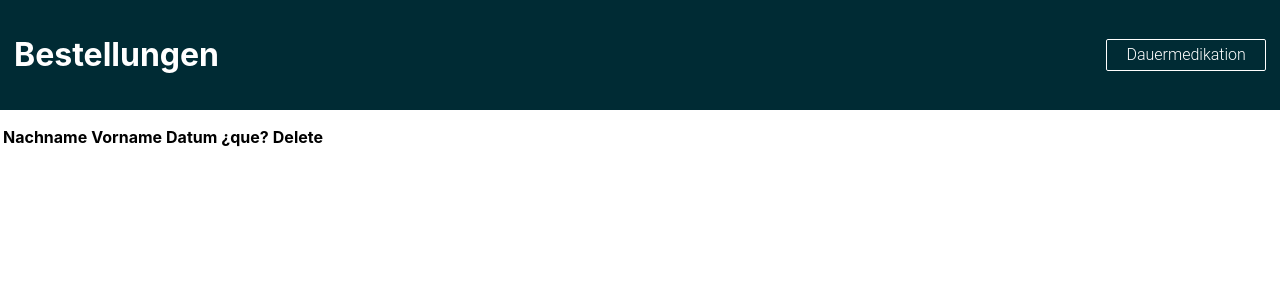
Repository: Esatollah/MedDemo
Page: /bestellungen (app in client/)
An editor plug-in stored every save of this project. The page is shown before and after the next save, followed by the edit.
The browser window is 1280 px wide. The pictures show the whole page.
The page's requests for data from a server got no answer. The project was rebuilt for these pictures with package versions that can differ from the ones it lists, and the page was loaded fresh each time. No one was signed in, and anything a server would have sent is missing. Also part of the build but not shown: client/src/Styles/FormStyles.js, client/src/components/Form.jsx, client/src/Styles/SearchStyles.js, client/src/Routes/Search.jsx.

Above is the page before, as saved 2022-06-11 00:20:09.

After the next save:
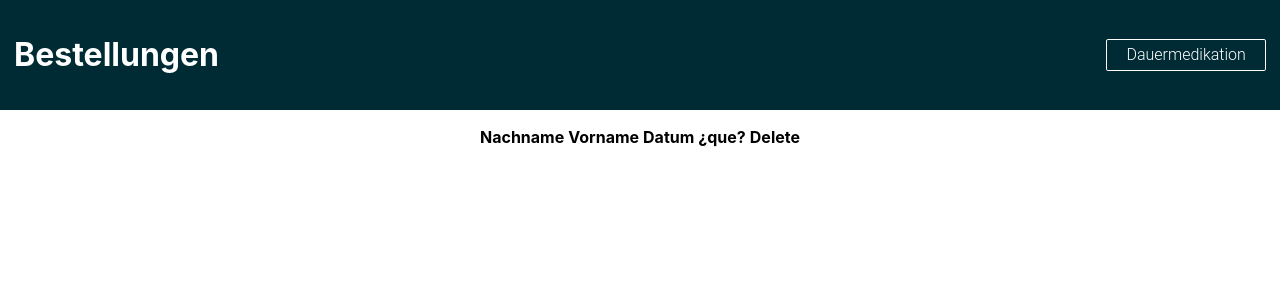
Saved 38 s later.
--- a/client/src/Routes/Bestellungen.jsx
+++ b/client/src/Routes/Bestellungen.jsx
@@ -2,6 +2,7 @@ import React, { useState, useEffect } from 'react'
 import DrugAPI from '../api/DrugAPI';
 import Modal from 'react-modal';
 import Navbar from '../components/Navbar';
+import { BestellungenWrap } from '../Styles/BestellungenStyles';
 
 const Bestellungen = () => {
 
@@ -48,48 +49,50 @@ const Bestellungen = () => {
 
   return (
     <div>
-      <Navbar route="/" title="Bestellungen"/>
-      <Modal isOpen={modalbool} onRequestClose={() => setModalbool(false)}>
-        <button onClick={() => setModalbool(false)}>X</button> <br></br>
-        <h1>{modalperson.nachname} {modalperson.vorname}</h1>
-        <h2>{modalperson.vpin} {modalperson.vbday}</h2>
-        <ul>
-          {orders.filter((x)=> x.oid === modalid).map((x) => {
-            return ( <div>
-            <li>{x.name} {x.bestellung_anzahl} {x.mengenart}</li>
-            </div>
-            )
-          })}
-          <p>{modalperson.anmerkung}</p>
-        </ul>
-      </Modal>
-      <table>
-        <thead>
-          <tr>
-            <th scope='col'>Nachname</th>
-            <th scope='col'>Vorname</th>
-            <th scope='col'>Datum</th>
-            <th scope='col'>¿que?</th>
-            <th scope='col'>Delete</th>
+      <Navbar route="/" title="Bestellungen" />
+      <BestellungenWrap>
+        <Modal isOpen={modalbool} onRequestClose={() => setModalbool(false)}>
+          <button onClick={() => setModalbool(false)}>X</button> <br></br>
+          <h1>{modalperson.nachname} {modalperson.vorname}</h1>
+          <h2>{modalperson.vpin} {modalperson.vbday}</h2>
+          <ul>
+            {orders.filter((x) => x.oid === modalid).map((x) => {
+              return (<div>
+                <li>{x.name} {x.bestellung_anzahl} {x.mengenart}</li>
+              </div>
+              )
+            })}
+            <p>{modalperson.anmerkung}</p>
+          </ul>
+        </Modal>
+        <table>
+          <thead>
+            <tr>
+              <th scope='col'>Nachname</th>
+              <th scope='col'>Vorname</th>
+              <th scope='col'>Datum</th>
+              <th scope='col'>¿que?</th>
+              <th scope='col'>Delete</th>
 
-          </tr>
-        </thead>
-        <tbody>
-          {orderlist.map((x) => {
-            console.log(x)
-            return (
-              <tr key={x.oid} className="drug-row" >
-                <td className={x.name}>{x.nachname}</td>
-                <td>{x.vorname}</td>
-                <td>{x.odate.slice(0, 10)}</td>
-                <td><button onClick={() => handleModal(x.oid)}>?</button></td>
-                <td><button onClick={() => handleDelete(x.oid)}>Done</button></td>
-              </tr>
-            )
-          })}
-        </tbody>
+            </tr>
+          </thead>
+          <tbody>
+            {orderlist.map((x) => {
+              console.log(x)
+              return (
+                <tr key={x.oid} className="drug-row" >
+                  <td className={x.name}>{x.nachname}</td>
+                  <td>{x.vorname}</td>
+                  <td>{x.odate.slice(0, 10)}</td>
+                  <td><button onClick={() => handleModal(x.oid)}>?</button></td>
+                  <td><button onClick={() => handleDelete(x.oid)}>Done</button></td>
+                </tr>
+              )
+            })}
+          </tbody>
 
-      </table>
+        </table>
+      </BestellungenWrap>
     </div>
   )
 }
